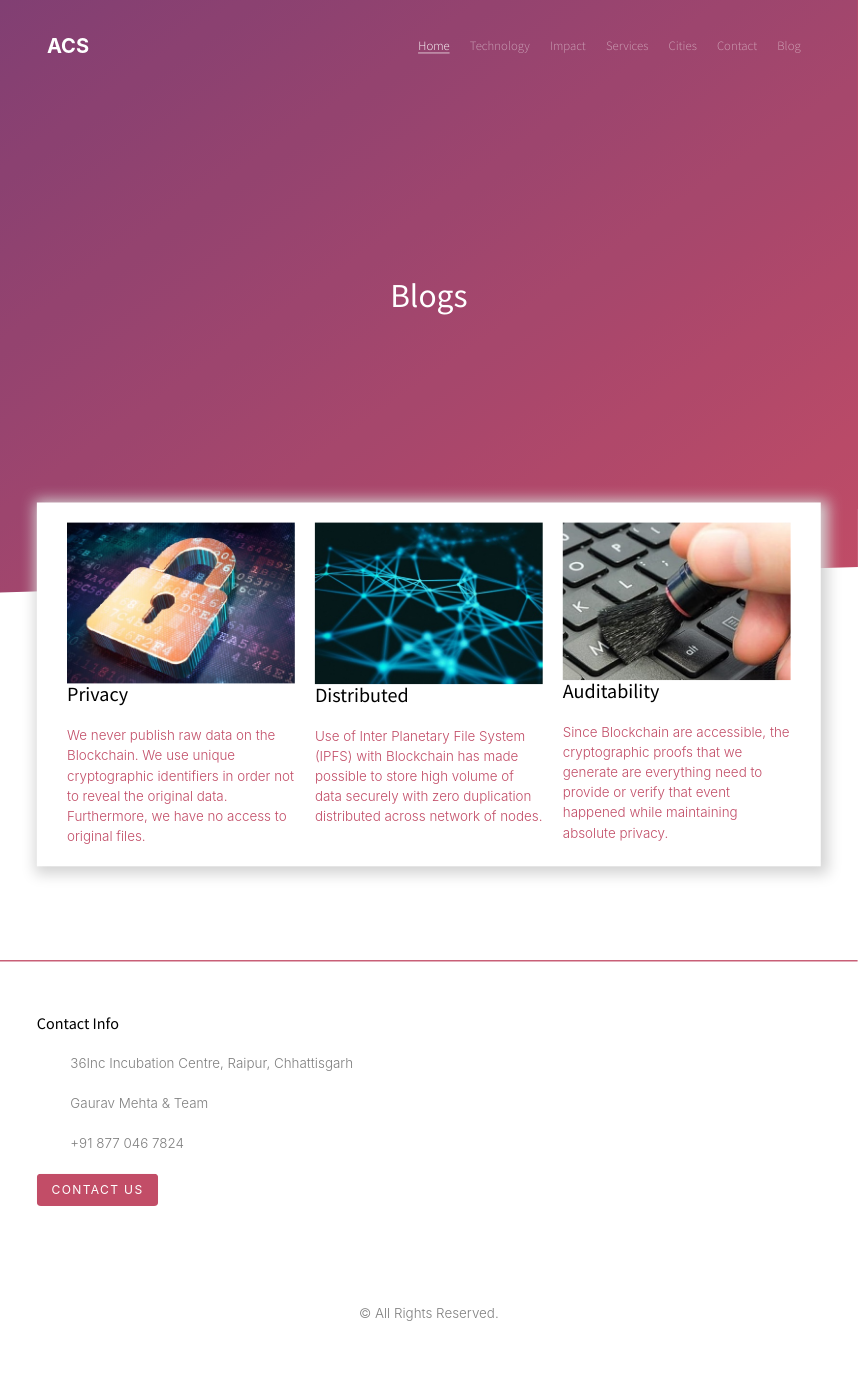
Repository: agarwalrahul-22/acs
Page: /blog
These files come from the project's save history. The page is drawn as it stood at one moment and after the next save; the edit follows.
The browser window is 1280 px wide. The pictures show the whole page, at 67% of full size.
Some web fonts or font styles are not loaded; a fallback is used. The project was rebuilt for these pictures with package versions that can differ from the ones it lists, and the page was loaded fresh each time. Also part of the build but not shown: src/components/main/LandingComponent.js, src/components/main/TechComponent.js, src/components/main/ImpactComponent.js, src/components/main/ServicesComponent.js, src/components/main/CitiesComponent.js, src/components/main/ContactComponent.js, src/components/MainComponent.js, src/components/IBlogComponent.js.

Above is the page before, as saved 2022-10-10 22:32:06.

### public/index.html
<!DOCTYPE html>
<html lang="en">
  <head>
    <meta charset="utf-8" />
    <link rel="icon" href="%PUBLIC_URL%/favicon.ico" />
    <meta name="viewport" content="width=device-width, initial-scale=1" />
    <meta name="theme-color" content="#000000" />
    <meta name="description" content="Blockchain based Atithi Compliance System" />
    <link rel="apple-touch-icon" href="%PUBLIC_URL%/logo192.png" />
    <link href='https://fonts.googleapis.com/css?family=Source+Sans+Pro:400,300,600,400italic,700' rel='stylesheet'
      type='text/css'>
    <link rel="stylesheet" href="css/animate.css">
    <link rel="stylesheet" href="css/icomoon.css">
    <link rel="stylesheet" href="css/simple-line-icons.css">
    <link rel="stylesheet" href="css/magnific-popup.css">
    <link rel="stylesheet" href="css/bootstrap.css">
    <link rel="stylesheet" href="css/style3.css">
    <!--
      manifest.json provides metadata used when your web app is installed on a
      user's mobile device or desktop. See https://developers.google.com/web/fundamentals/web-app-manifest/
    -->
    <link rel="manifest" href="%PUBLIC_URL%/manifest.json" />
    <!--
      Notice the use of %PUBLIC_URL% in the tags above.
      It will be replaced with the URL of the `public` folder during the build.
      Only files inside the `public` folder can be referenced from the HTML.

      Unlike "/favicon.ico" or "favicon.ico", "%PUBLIC_URL%/favicon.ico" will
      work correctly both with client-side routing and a non-root public URL.
      Learn how to configure a non-root public URL by running `npm run build`.
    -->
    <title>Atithi Compliance System</title>
  </head>
  <body>
    <noscript>You need to enable JavaScript to run this app.</noscript>
    <div id="root"></div>
    <!--
      This HTML file is a template.
      If you open it directly in the browser, you will see an empty page.

      You can add webfonts, meta tags, or analytics to this file.
      The build step will place the bundled scripts into the <body> tag.

      To begin the development, run `npm start` or `yarn start`.
      To create a production bundle, use `npm run build` or `yarn build`.
    -->
  </body>
</html>

### src/components/FooterComponent.js
import React from 'react'

export default function FooterComponent() {
  return (
    <div>
      <section
        id="fh5co-contact"
        data-section="contact"
        style={{ borderTop: "2px solid #c24d67" }}
      >
        <div className="container">
          <div className="row">
            <div className="row row-bottom-padded-md">
              <div className="col-md-6 to-animate">
                <h3>Contact Info</h3>
                <ul className="fh5co-contact-info">
                  <li>
                    <i className="icon-home"></i>36Inc Incubation Centre,
                    Raipur, Chhattisgarh
                  </li>
                  <li>
                    <i className="icon-envelope"></i>Gaurav Mehta & Team
                  </li>
                  <li>
                    <i className="icon-phone"></i>+91 877 046 7824
                  </li>
                </ul>
                <div className="form-group ">
                  <a
                    rel="noopener"
                    className="btn btn-primary btn-lg"
                    target="_blank"
                    href="https://docs.google.com/forms/d/e/1FAIpQLScY8eRM8vKYqxOk8EkxHlNGjagj-Hm-ePQu4LbVlgjD5vNo3w/viewform"
                  >
                    Contact Us
                  </a>
                </div>
              </div>
            </div>
          </div>
        </div>
      </section>
      <footer id="footer" role="contentinfo">
        <a href="#" className="gotop js-gotop">
          <i className="icon-arrow-up2"></i>
        </a>
        <div className="container">
          <div className="">
            <div className="col-md-12 text-center">
              <p>&copy; All Rights Reserved.</p>
            </div>
          </div>
        </div>
      </footer>
    </div>
  );
}

### public/css/simple-line-icons.css
@font-face {
  font-family: 'simple-line-icons';
  src:  url('../fonts/simple-line-icons/Simple-Line-Icons.eot?v=2.2.2');
  src:  url('../fonts/simple-line-icons/Simple-Line-Icons.eot?#iefix&v=2.2.2') format('embedded-opentype'),
        url('../fonts/simple-line-icons/Simple-Line-Icons.ttf?v=2.2.2') format('truetype'),
        url('../fonts/simple-line-icons/Simple-Line-Icons.woff2?v=2.2.2') format('woff2'),
        url('../fonts/simple-line-icons/Simple-Line-Icons.woff?v=2.2.2') format('woff'),
        url('../fonts/simple-line-icons/Simple-Line-Icons.svg?v=2.2.2#simple-line-icons') format('svg');
  font-weight: normal;
  font-style: normal;
}
/*
 Use the following CSS code if you want to have a class per icon.
 Instead of a list of all class selectors, you can use the generic [class*="icon-"] selector, but it's slower:
*/
.icon-user,
.icon-people,
.icon-user-female,
.icon-user-follow,
.icon-user-following,
.icon-user-unfollow,
.icon-login,
.icon-logout,
.icon-emotsmile,
.icon-phone,
.icon-call-end,
.icon-call-in,
.icon-call-out,
.icon-map,
.icon-location-pin,
.icon-direction,
.icon-directions,
.icon-compass,
.icon-layers,
.icon-menu,
.icon-list,
.icon-options-vertical,
.icon-options,
.icon-arrow-down,
.icon-arrow-left,
.icon-arrow-right,
.icon-arrow-up,
.icon-arrow-up-circle,
.icon-arrow-left-circle,
.icon-arrow-right-circle,
.icon-arrow-down-circle,
.icon-check,
.icon-clock,
.icon-plus,
.icon-close,
.icon-trophy,
.icon-screen-smartphone,
.icon-screen-desktop,
.icon-plane,
.icon-notebook,
.icon-mustache,
.icon-mouse,
.icon-magnet,
.icon-energy,
.icon-disc,
.icon-cursor,
.icon-cursor-move,
.icon-crop,
.icon-chemistry,
.icon-speedometer,
.icon-shield,
.icon-screen-tablet,
.icon-magic-wand,
.icon-hourglass,
.icon-graduation,
.icon-ghost,
.icon-game-controller,
.icon-fire,
.icon-eyeglass,
.icon-envelope-open,
.icon-envelope-letter,
.icon-bell,
.icon-badge,
.icon-anchor,
.icon-wallet,
.icon-vector,
.icon-speech,
.icon-puzzle,
.icon-printer,
.icon-present,
.icon-playlist,
.icon-pin,
.icon-picture,
.icon-handbag,
.icon-globe-alt,
.icon-globe,
.icon-folder-alt,
.icon-folder,
.icon-film,
.icon-feed,
.icon-drop,
.icon-drawar,
.icon-docs,
.icon-doc,
.icon-diamond,
.icon-cup,
.icon-calculator,
.icon-bubbles,
.icon-briefcase,
.icon-book-open,
.icon-basket-loaded,
.icon-basket,
.icon-bag,
.icon-action-undo,
.icon-action-redo,
.icon-wrench,
.icon-umbrella,
.icon-trash,
.icon-tag,
.icon-support,
.icon-frame,
.icon-size-fullscreen,
.icon-size-actual,
.icon-shuffle,
.icon-share-alt,
.icon-share,
.icon-rocket,
.icon-question,
.icon-pie-chart,
.icon-pencil,
.icon-note,
.icon-loop,
.icon-home,
.icon-grid,
.icon-graph,
.icon-microphone,
.icon-music-tone-alt,
.icon-music-tone,
.icon-earphones-alt,
.icon-earphones,
.icon-equalizer,
.icon-like,
.icon-dislike,
.icon-control-start,
.icon-control-rewind,
.icon-control-play,
.icon-control-pause,
.icon-control-forward,
.icon-control-end,
.icon-volume-1,
.icon-volume-2,
.icon-volume-off,
.icon-calendar,
.icon-bulb,
.icon-chart,
.icon-ban,
.icon-bubble,
.icon-camrecorder,
.icon-camera,
.icon-cloud-download,
.icon-cloud-upload,
.icon-envelope,
.icon-eye,
.icon-flag,
.icon-heart,
.icon-info,
.icon-key,
.icon-link,
.icon-lock,
.icon-lock-open,
.icon-magnifier,
.icon-magnifier-add,
.icon-magnifier-remove,
.icon-paper-clip,
.icon-paper-plane,
.icon-power,
.icon-refresh,
.icon-reload,
.icon-settings,
.icon-star,
.icon-symble-female,
.icon-symbol-male,
.icon-target,
.icon-credit-card,
.icon-paypal,
.icon-social-tumblr,
.icon-social-twitter,
.icon-social-facebook,
.icon-social-instagram,
.icon-social-linkedin,
.icon-social-pinterest,
.icon-social-github,
.icon-social-gplus,
.icon-social-reddit,
.icon-social-skype,
.icon-social-dribbble,
.icon-social-behance,
.icon-social-foursqare,
.icon-social-soundcloud,
.icon-social-spotify,
.icon-social-stumbleupon,
.icon-social-youtube,
.icon-social-dropbox {
  font-family: 'simple-line-icons';
  speak: none;
  font-style: normal;
  font-weight: normal;
  font-variant: normal;
  text-transform: none;
  line-height: 1;
  /* Better Font Rendering =========== */
  -webkit-font-smoothing: antialiased;
  -moz-osx-font-smoothing: grayscale;
}
.icon-user:before {
  content: "\e005";
}
.icon-people:before {
  content: "\e001";
}
.icon-user-female:before {
  content: "\e000";
}
.icon-user-follow:before {
  content: "\e002";
}
.icon-user-following:before {
  content: "\e003";
}
.icon-user-unfollow:before {
  content: "\e004";
}
.icon-login:before {
  content: "\e066";
}
.icon-logout:before {
  content: "\e065";
}
.icon-emotsmile:before {
  content: "\e021";
}
.icon-phone:before {
  content: "\e600";
}
.icon-call-end:before {
  content: "\e048";
}
.icon-call-in:before {
  content: "\e047";
}
.icon-call-out:before {
  content: "\e046";
}
.icon-map:before {
  content: "\e033";
}
.icon-location-pin:before {
  content: "\e096";
}
.icon-direction:before {
  content: "\e042";
}
.icon-directions:before {
  content: "\e041";
}
.icon-compass:before {
  content: "\e045";
}
.icon-layers:before {
  content: "\e034";
}
.icon-menu:before {
  content: "\e601";
}
.icon-list:before {
  content: "\e067";
}
.icon-options-vertical:before {
  content: "\e602";
}
.icon-options:before {
  content: "\e603";
}
.icon-arrow-down:before {
  content: "\e604";
}
.icon-arrow-left:before {
  content: "\e605";
}
.icon-arrow-right:before {
  content: "\e606";
}
.icon-arrow-up:before {
  content: "\e607";
}
.icon-arrow-up-circle:before {
  content: "\e078";
}
.icon-arrow-left-circle:before {
  content: "\e07a";
}
.icon-arrow-right-circle:before {
  content: "\e079";
}
.icon-arrow-down-circle:before {
  content: "\e07b";
}
.icon-check:before {
  content: "\e080";
}
.icon-clock:before {
  content: "\e081";
}
.icon-plus:before {
  content: "\e095";
}
.icon-close:before {
  content: "\e082";
}
.icon-trophy:before {
  content: "\e006";
}
.icon-screen-smartphone:before {
  content: "\e010";
}
.icon-screen-desktop:before {
  content: "\e011";
}
.icon-plane:before {
  content: "\e012";
}
.icon-notebook:before {
  content: "\e013";
}
.icon-mustache:before {
  content: "\e014";
}
.icon-mouse:before {
  content: "\e015";
}
.icon-magnet:before {
  content: "\e016";
}
.icon-energy:before {
  content: "\e020";
}
.icon-disc:before {
  content: "\e022";
}
.icon-cursor:before {
  content: "\e06e";
}
.icon-cursor-move:before {
  content: "\e023";
}
.icon-crop:before {
  content: "\e024";
}
.icon-chemistry:before {
  content: "\e026";
}
.icon-speedometer:before {
  content: "\e007";
}
.icon-shield:before {
  content: "\e00e";
}
.icon-screen-tablet:before {
  content: "\e00f";
}
.icon-magic-wand:before {
  content: "\e017";
}
.icon-hourglass:before {
  content: "\e018";
}
.icon-graduation:before {
  content: "\e019";
}
.icon-ghost:before {
  content: "\e01a";
}
.icon-game-controller:before {
  content: "\e01b";
}
.icon-fire:before {
  content: "\e01c";
}
.icon-eyeglass:before {
  content: "\e01d";
}
.icon-envelope-open:before {
  content: "\e01e";
}
.icon-envelope-letter:before {
  content: "\e01f";
}
.icon-bell:before {
  content: "\e027";
}
.icon-badge:before {
  content: "\e028";
}
.icon-anchor:before {
  content: "\e029";
}
.icon-wallet:before {
  content: "\e02a";
}
.icon-vector:before {
  content: "\e02b";
}
.icon-speech:before {
  content: "\e02c";
}
.icon-puzzle:before {
  content: "\e02d";
}
.icon-printer:before {
  content: "\e02e";
}
.icon-present:before {
  content: "\e02f";
}
.icon-playlist:before {
  content: "\e030";
}
.icon-pin:before {
  content: "\e031";
}
.icon-picture:before {
  content: "\e032";
}
.icon-handbag:before {
  content: "\e035";
}
.icon-globe-alt:before {
  content: "\e036";
}
.icon-globe:before {
  content: "\e037";
}
.icon-folder-alt:before {
  content: "\e039";
}
.icon-folder:before {
  content: "\e089";
}
.icon-film:before {
  content: "\e03a";
}
.icon-feed:before {
  content: "\e03b";
}
.icon-drop:before {
  content: "\e03e";
}
.icon-drawar:before {
  content: "\e03f";
}
.icon-docs:before {
  content: "\e040";
}
.icon-doc:before {
  content: "\e085";
}
.icon-diamond:before {
  content: "\e043";
}
.icon-cup:before {
  content: "\e044";
}
.icon-calculator:before {
  content: "\e049";
}
.icon-bubbles:before {
  content: "\e04a";
}
.icon-briefcase:before {
  content: "\e04b";
}
.icon-book-open:before {
  content: "\e04c";
}
.icon-basket-loaded:before {
  content: "\e04d";
}
.icon-basket:before {
  content: "\e04e";
}
.icon-bag:before {
  content: "\e04f";
}
.icon-action-undo:before {
  content: "\e050";
}
.icon-action-redo:before {
  content: "\e051";
}
.icon-wrench:before {
  content: "\e052";
}
.icon-umbrella:before {
  content: "\e053";
}
.icon-trash:before {
  content: "\e054";
}
.icon-tag:before {
  content: "\e055";
}
.icon-support:before {
  content: "\e056";
}
.icon-frame:before {
  content: "\e038";
}
.icon-size-fullscreen:before {
  content: "\e057";
}
.icon-size-actual:before {
  content: "\e058";
}
.icon-shuffle:before {
  content: "\e059";
}
.icon-share-alt:before {
  content: "\e05a";
}
.icon-share:before {
  content: "\e05b";
}
.icon-rocket:before {
  content: "\e05c";
}
.icon-question:before {
  content: "\e05d";
}
.icon-pie-chart:before {
  content: "\e05e";
}
.icon-pencil:before {
  content: "\e05f";
}
.icon-note:before {
  content: "\e060";
}
.icon-loop:before {
  content: "\e064";
}
.icon-home:before {
  content: "\e069";
}
.icon-grid:before {
  content: "\e06a";
}
.icon-graph:before {
  content: "\e06b";
}
.icon-microphone:before {
  content: "\e063";
}
.icon-music-tone-alt:before {
  content: "\e061";
}
.icon-music-tone:before {
  content: "\e062";
}
.icon-earphones-alt:before {
  content: "\e03c";
}
.icon-earphones:before {
  content: "\e03d";
}
.icon-equalizer:before {
  content: "\e06c";
}
.icon-like:before {
  content: "\e068";
}
.icon-dislike:before {
  content: "\e06d";
}
.icon-control-start:before {
  content: "\e06f";
}
.icon-control-rewind:before {
  content: "\e070";
}
.icon-control-play:before {
  content: "\e071";
}
.icon-control-pause:before {
  content: "\e072";
}
.icon-control-forward:before {
  content: "\e073";
}
.icon-control-end:before {
  content: "\e074";
}
.icon-volume-1:before {
  content: "\e09f";
}
.icon-volume-2:before {
  content: "\e0a0";
}
.icon-volume-off:before {
  content: "\e0a1";
}
.icon-calendar:before {
  content: "\e075";
}
.icon-bulb:before {
  content: "\e076";
}
.icon-chart:before {
  content: "\e077";
}
.icon-ban:before {
  content: "\e07c";
}
.icon-bubble:before {
  content: "\e07d";
}
.icon-camrecorder:before {
  content: "\e07e";
}
.icon-camera:before {
  content: "\e07f";
}
.icon-cloud-download:before {
  content: "\e083";
}
.icon-cloud-upload:before {
  content: "\e084";
}
.icon-envelope:before {
  content: "\e086";
}
.icon-eye:before {
  content: "\e087";
}
.icon-flag:before {
  content: "\e088";
}
.icon-heart:before {
  content: "\e08a";
}
.icon-info:before {
  content: "\e08b";
}
.icon-key:before {
  content: "\e08c";
}
.icon-link:before {
  content: "\e08d";
}
.icon-lock:before {
  content: "\e08e";
}
.icon-lock-open:before {
  content: "\e08f";
}
.icon-magnifier:before {
  content: "\e090";
}
.icon-magnifier-add:before {
  content: "\e091";
}
.icon-magnifier-remove:before {
  content: "\e092";
}
.icon-paper-clip:before {
  content: "\e093";
}
.icon-paper-plane:before {
  content: "\e094";
}
.icon-power:before {
  content: "\e097";
}
.icon-refresh:before {
  content: "\e098";
}
.icon-reload:before {
  content: "\e099";
}
.icon-settings:before {
  content: "\e09a";
}
.icon-star:before {
  content: "\e09b";
}
.icon-symble-female:before {
  content: "\e09c";
}
.icon-symbol-male:before {
  content: "\e09d";
}
.icon-target:before {
  content: "\e09e";
}
.icon-credit-card:before {
  content: "\e025";
}
.icon-paypal:before {
  content: "\e608";
}
.icon-social-tumblr:before {
  content: "\e00a";
}
.icon-social-twitter:before {
  content: "\e009";
}
.icon-social-facebook:before {
  content: "\e00b";
}
.icon-social-instagram:before {
  content: "\e609";
}
.icon-social-linkedin:before {
  content: "\e60a";
}
.icon-social-pinterest:before {
  content: "\e60b";
}
.icon-social-github:before {
  content: "\e60c";
}
.icon-social-gplus:before {
  content: "\e60d";
}
.icon-social-reddit:before {
  content: "\e60e";
}
.icon-social-skype:before {
  content: "\e60f";
}
.icon-social-dribbble:before {
  content: "\e00d";
}
.icon-social-behance:before {
  content: "\e610";
}
.icon-social-foursqare:before {
  content: "\e611";
}
.icon-social-soundcloud:before {
  content: "\e612";
}
.icon-social-spotify:before {
  content: "\e613";
}
.icon-social-stumbleupon:before {
  content: "\e614";
}
.icon-social-youtube:before {
  content: "\e008";
}
.icon-social-dropbox:before {
  content: "\e00c";
}

Loaded but not shown: src/index.js (common file); src/index.css (common file); src/reportWebVitals.js (common file); public/css/animate.css (library); public/css/icomoon.css (common file); public/css/magnific-popup.css (library); public/css/bootstrap.css (library); src/components/BlogComponent.js (91 lines, source omitted); src/components/HeaderComponent.js (68 lines, source omitted); src/App.js (40 lines, source omitted); public/css/style3.css (1411 lines, source omitted)

After the next save:
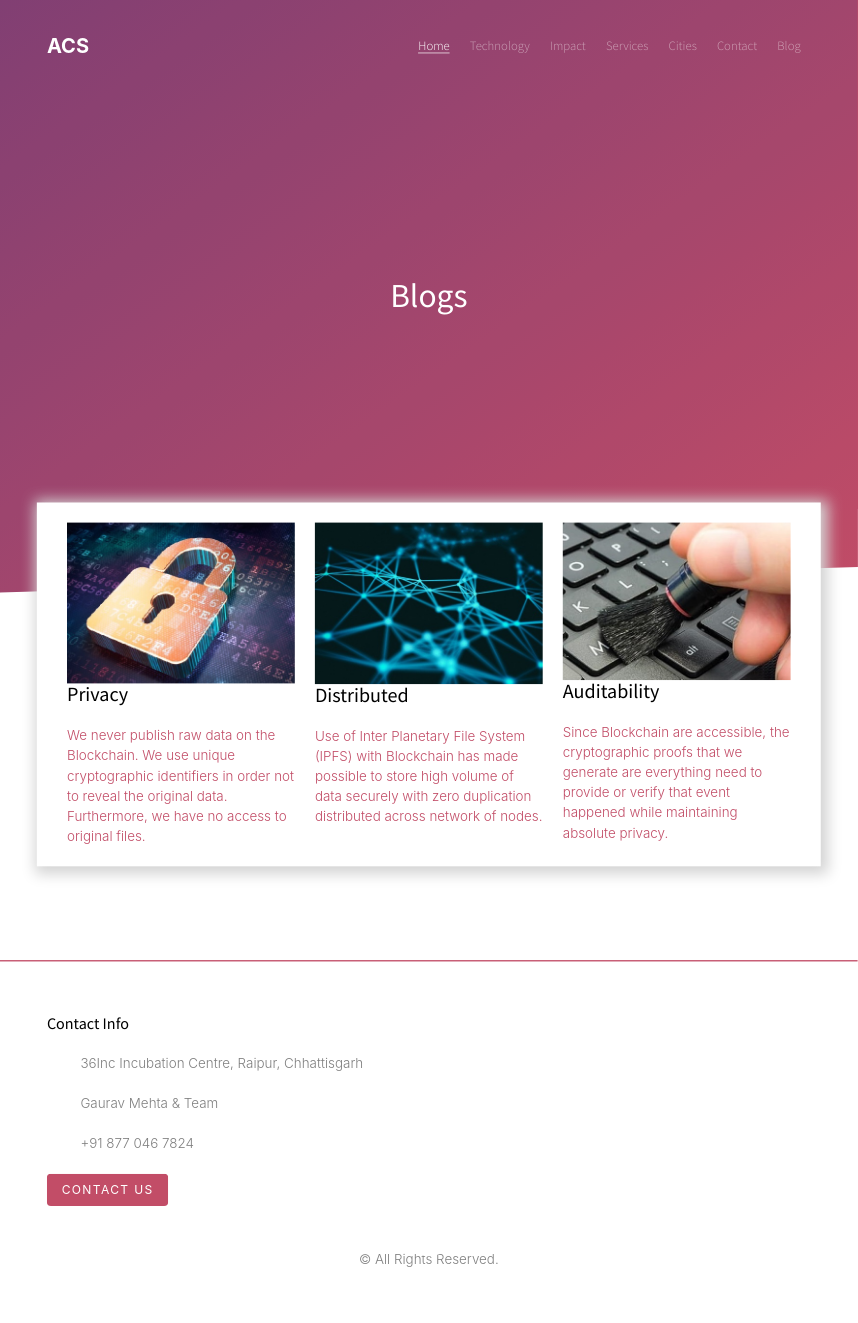
Saved 27 s later.
--- a/src/components/FooterComponent.js
+++ b/src/components/FooterComponent.js
@@ -10,7 +10,6 @@ export default function FooterComponent() {
       >
         <div className="container">
           <div className="row">
-            <div className="row row-bottom-padded-md">
               <div className="col-md-6 to-animate">
                 <h3>Contact Info</h3>
                 <ul className="fh5co-contact-info">
@@ -36,7 +35,6 @@ export default function FooterComponent() {
                   </a>
                 </div>
               </div>
-            </div>
           </div>
         </div>
       </section>
